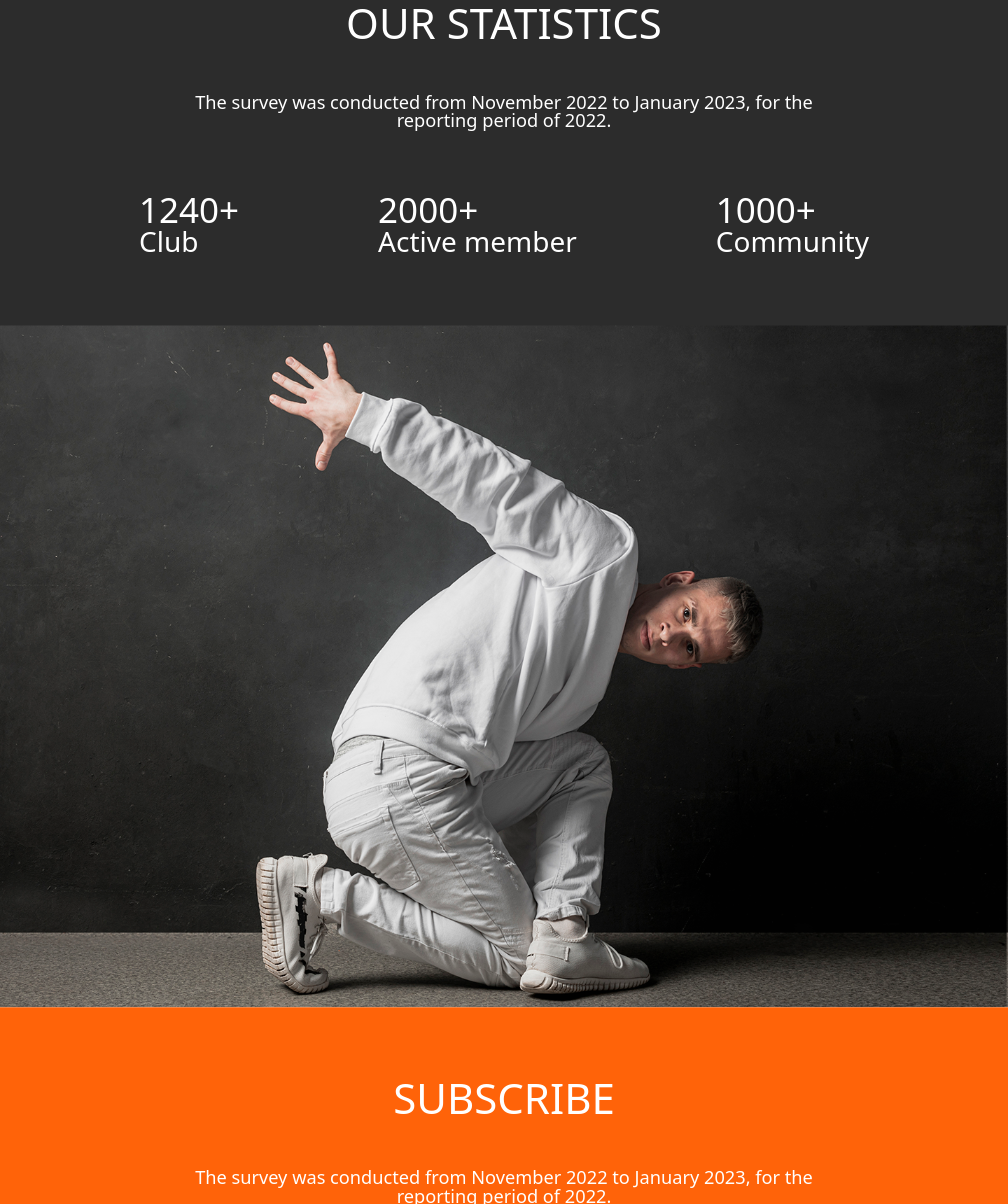
Repository: KinD2704/Web-University
Page: Bai30/index.html
These files come from the project's save history. The page is drawn as it stood at one moment and after the next save; the edit follows.
The browser window is 1280 px wide. The page is 1440 px wide, so the pictures cover 1440 px, including what lies to the right of the window. The pictures show the part of the page from y = 4780 to 6500 px (the page is 7268 px tall before and 7263 px after), at 70% of full size.

Above is the page before, as saved 2023-12-23 23:23:42.

After the next save:
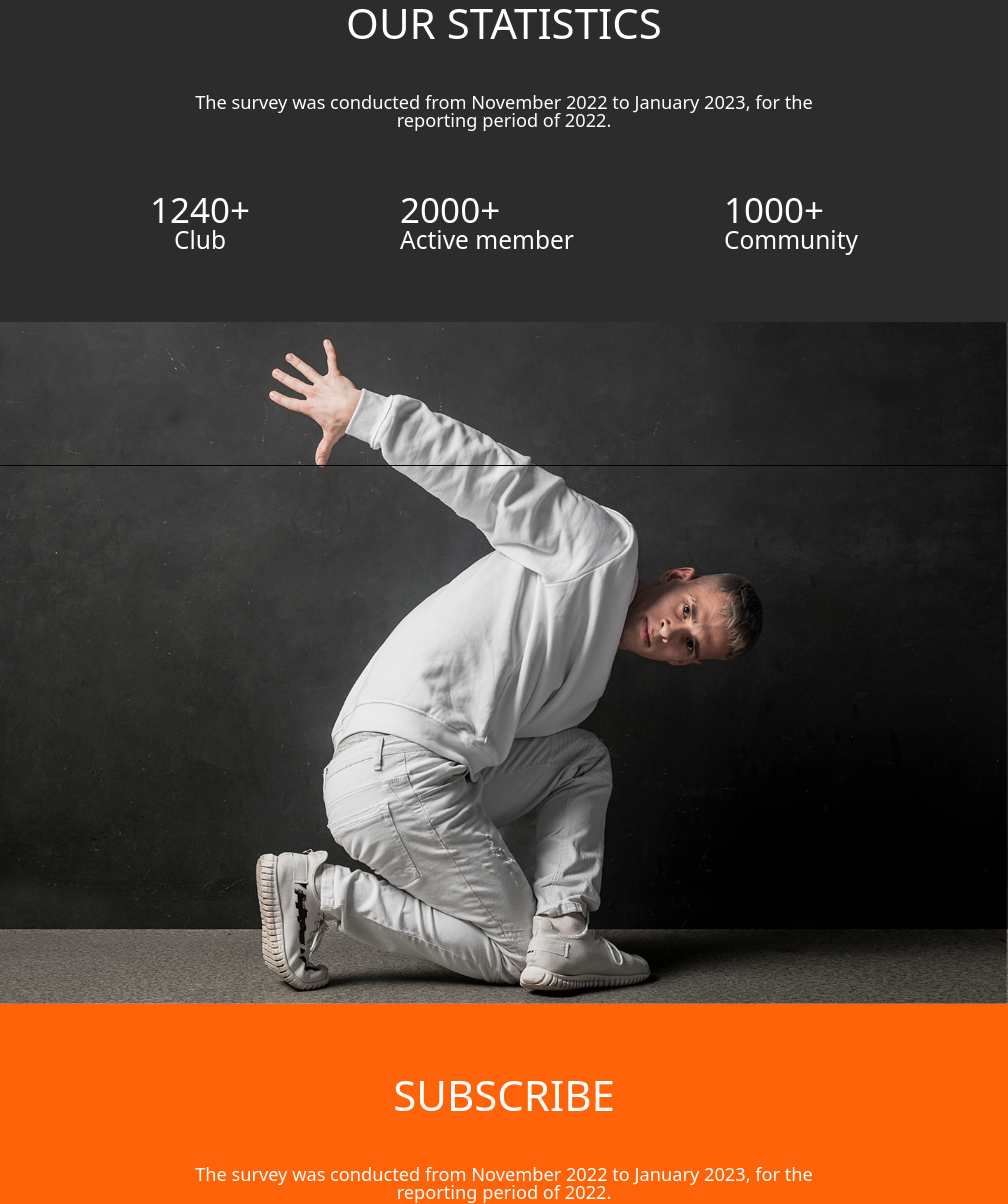
Saved 12 s later.
--- a/Bai30/css/styles.css
+++ b/Bai30/css/styles.css
@@ -194,7 +194,8 @@ header ul li:hover a {
     font-size: 50px;
 }
 .banner6__item p:last-of-type {
-    font-size: 40px;
+    font-size: 35px;
+    text-align: center;
 }
 /* Banner 7 */
 .banner7 {
